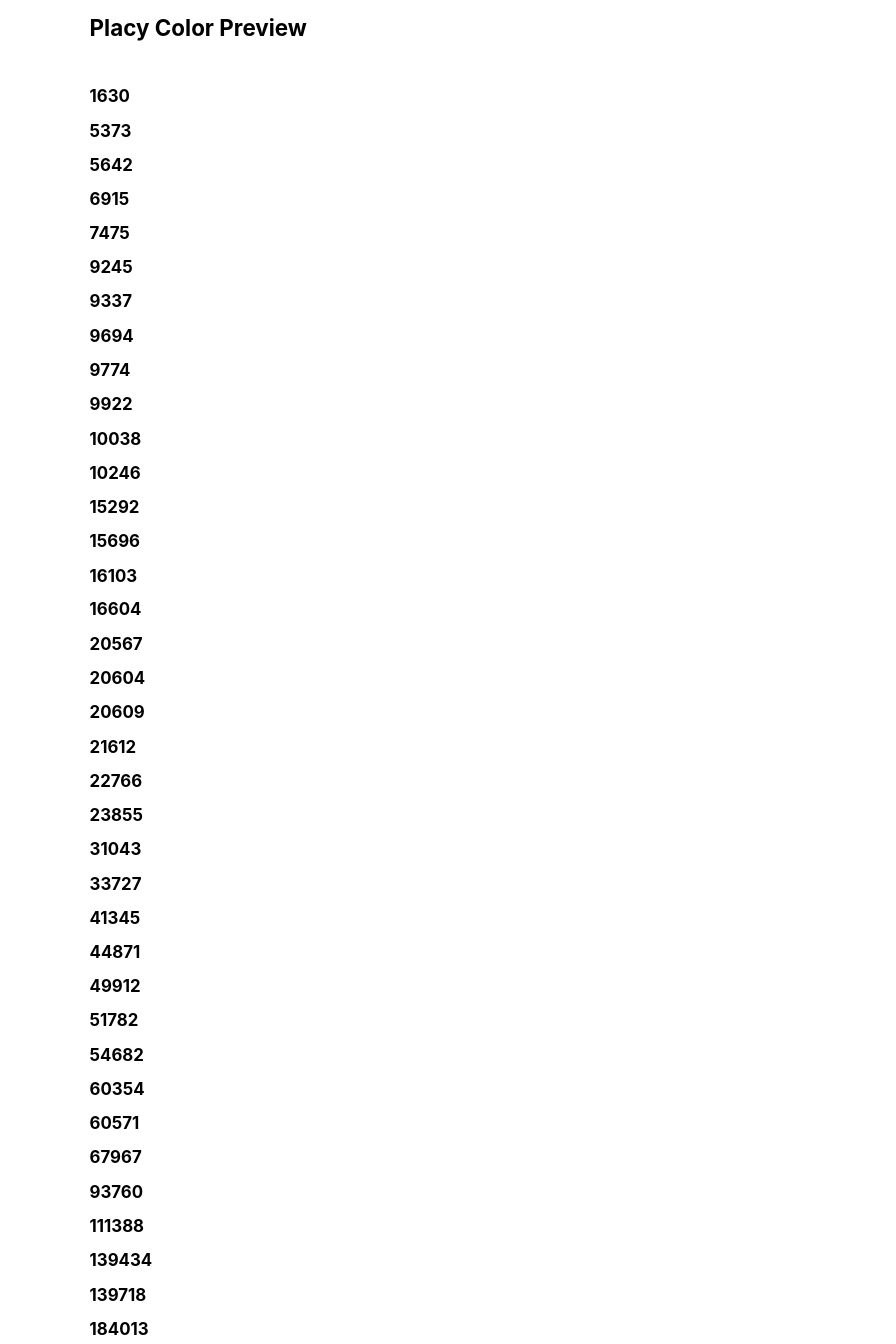
Repository: hideodaikoku/color-viewer
Page: /
An editor plug-in stored every save of this project. The page is shown before and after the next save, followed by the edit.
The browser window is 1280 px wide. The pictures show the part of the page from y = 0 to 1920 px (the page is 4280 px tall before and 4232 px after), at 70% of full size.
The project was rebuilt for these pictures with package versions that can differ from the ones it lists, and the page was loaded fresh each time. Also part of the build but not shown: src/styles/card.module.css.

Above is the page before, as saved 2021-07-06 02:22:21.

### src/index.js
import React from 'react';
import ReactDOM from 'react-dom';
import './styles/index.css';
import Main from './components/Main';

ReactDOM.render(
  <React.StrictMode>
    <Main />
  </React.StrictMode>,
  document.getElementById('root')
);

### src/components/Main.js
import React from 'react';
import Card from './Card';
import mainStyles from '../styles/main.module.css';
import data from '../data/data.json'

const Main = () => {
    return (
        <div className={mainStyles.container}>
            <div className={mainStyles.top}>
                <h1 className={mainStyles.header}>
                    Placy Color Preview
                </h1>
                {
                    data.map((place)=>
                        <Card key={place.id} place={place}/>
                    )
                }
            </div>
        </div>
    )
}

export default Main;

### src/components/Card.js
import React from 'react';
import cardStyles from '../styles/card.module.css';

const Card = (props) => {

    return (
        <div className={cardStyles.container}>
            <div className={cardStyles.top}>
                <h2 className={cardStyles.header}>
                    {props.place.place_id}
                </h2>
            </div>
        </div>
    )
}

export default Card;

### src/styles/main.module.css
.container{
    display: flex;
    margin: 0 auto;
    max-width: 80%;
}

.header{
    height: 5rem;
    padding: 0;
}

Loaded but not shown: public/index.html (common file); src/styles/index.css (common file); src/data/data.json (2722 lines, source omitted)

After the next save:
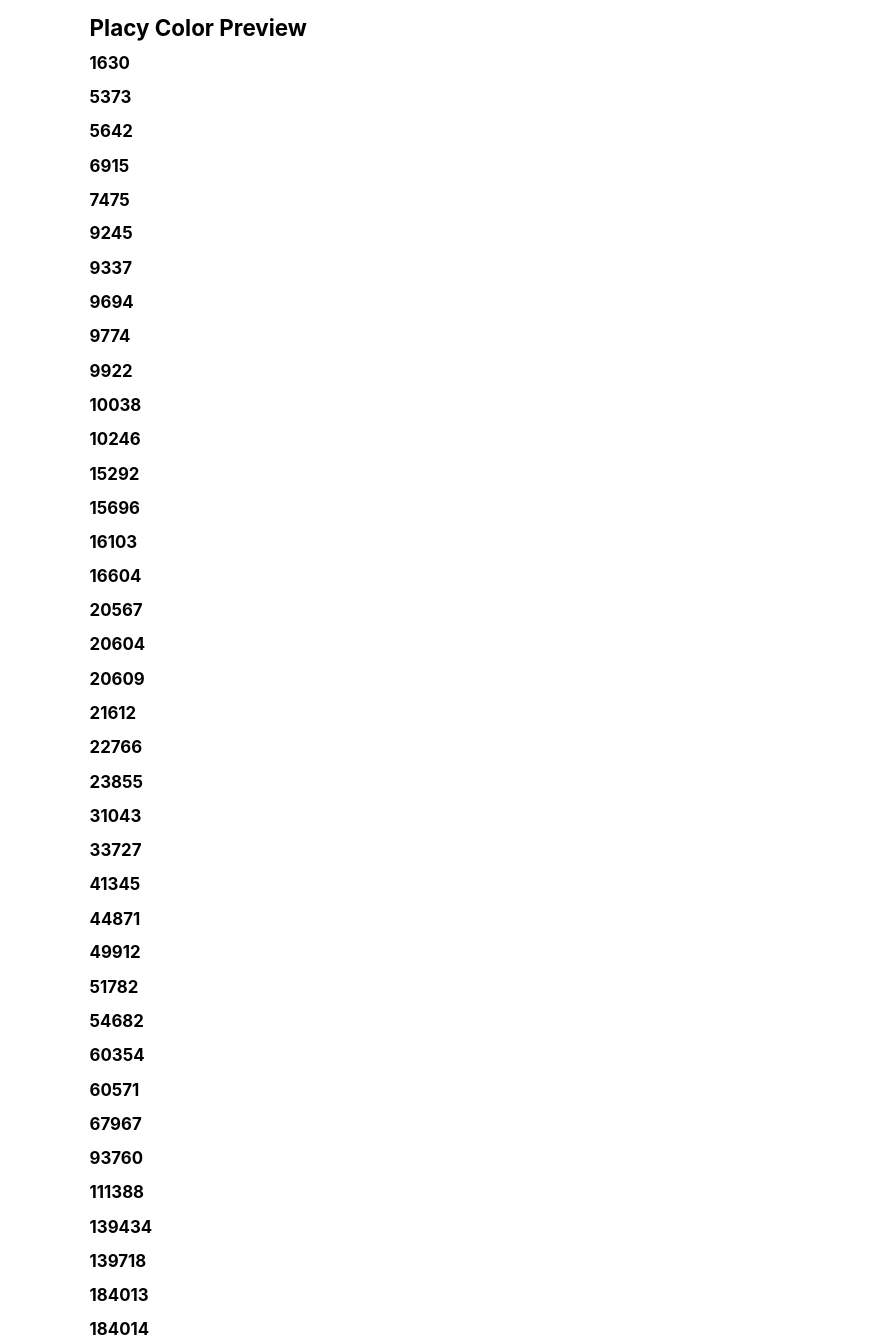
Saved 5 s later.
--- a/src/styles/main.module.css
+++ b/src/styles/main.module.css
@@ -5,6 +5,6 @@
 }
 
 .header{
-    height: 5rem;
+    height: 2rem;
     padding: 0;
 }
